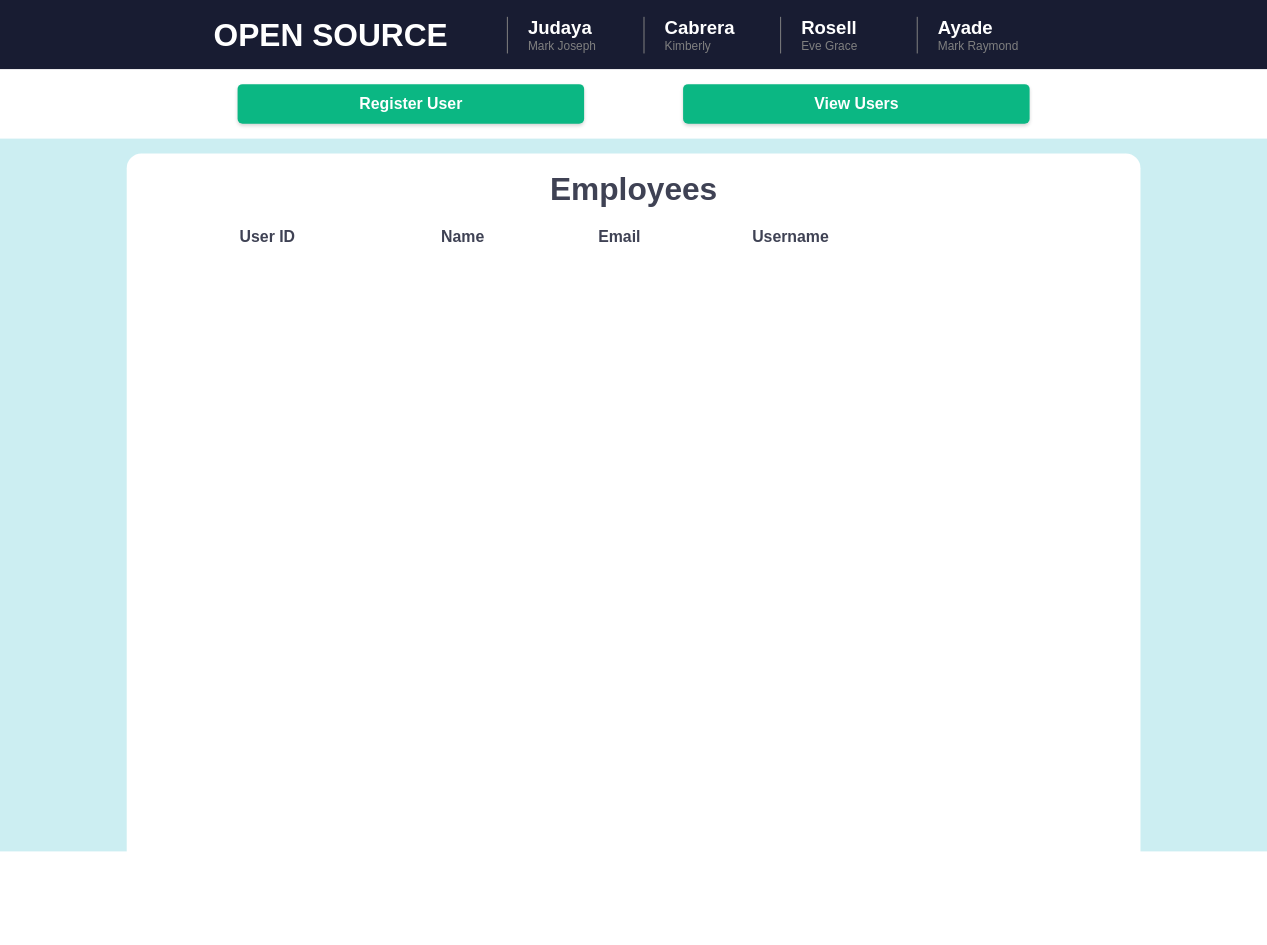
Repository: azkalonz/Int-Prog-2
Page: http://localhost/Int_Prog_2/employee?page=view
An editor plug-in stored every save of this project. The page is shown before and after the next save, followed by the edit.
The browser window is 1280 px wide. The pictures show the whole page, at 99% of full size.
The page is served by Tomcat 9. Queries for data that is not in the repository find no rows.

Above is the page before, as saved 2021-03-02 11:38:32.

After the next save:
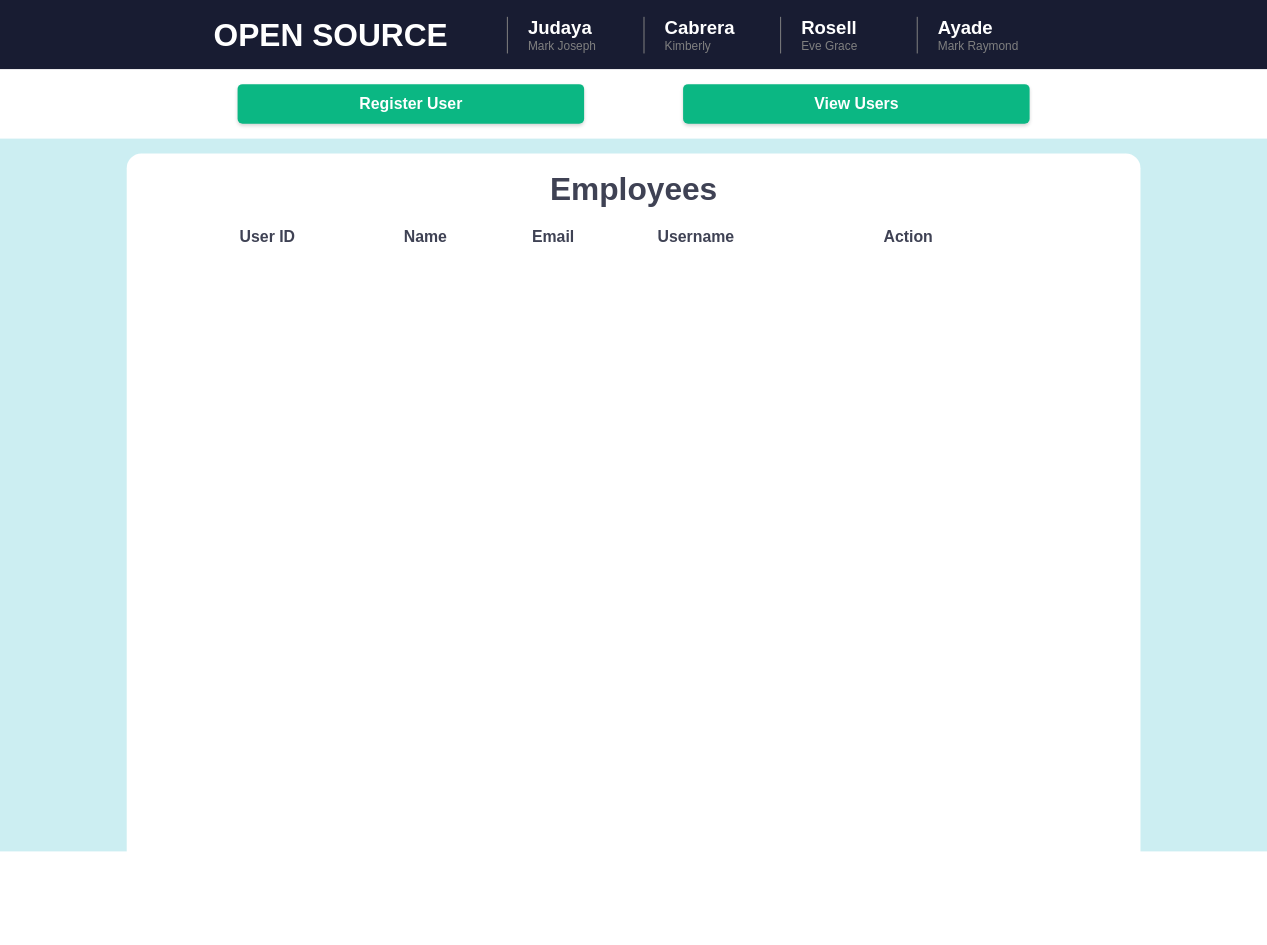
Saved 73 s later.
--- a/Int Prog 2/WebContent/WEB-INF/views/employees.jsp
+++ b/Int Prog 2/WebContent/WEB-INF/views/employees.jsp
@@ -12,6 +12,7 @@
                         <th>Name</th>
                         <th>Email</th>
                         <th>Username</th>
+                        <th>Action</th>
                     </tr>
                 </thead>
                 <tbody>
@@ -21,6 +22,11 @@
 					        <td>${employee.firstname} ${employee.lastname}</td>
 					        <td>${employee.email}</td>
 					        <td>${employee.username}</td>
+					        <td>
+					        	<a class="button-link" href="${request.getContextPath()}?id=${employee.employeeID}">
+					        		View
+					        	</a>
+					        </td>
 					    </tr>
 					</c:forEach>
                 </tbody>
